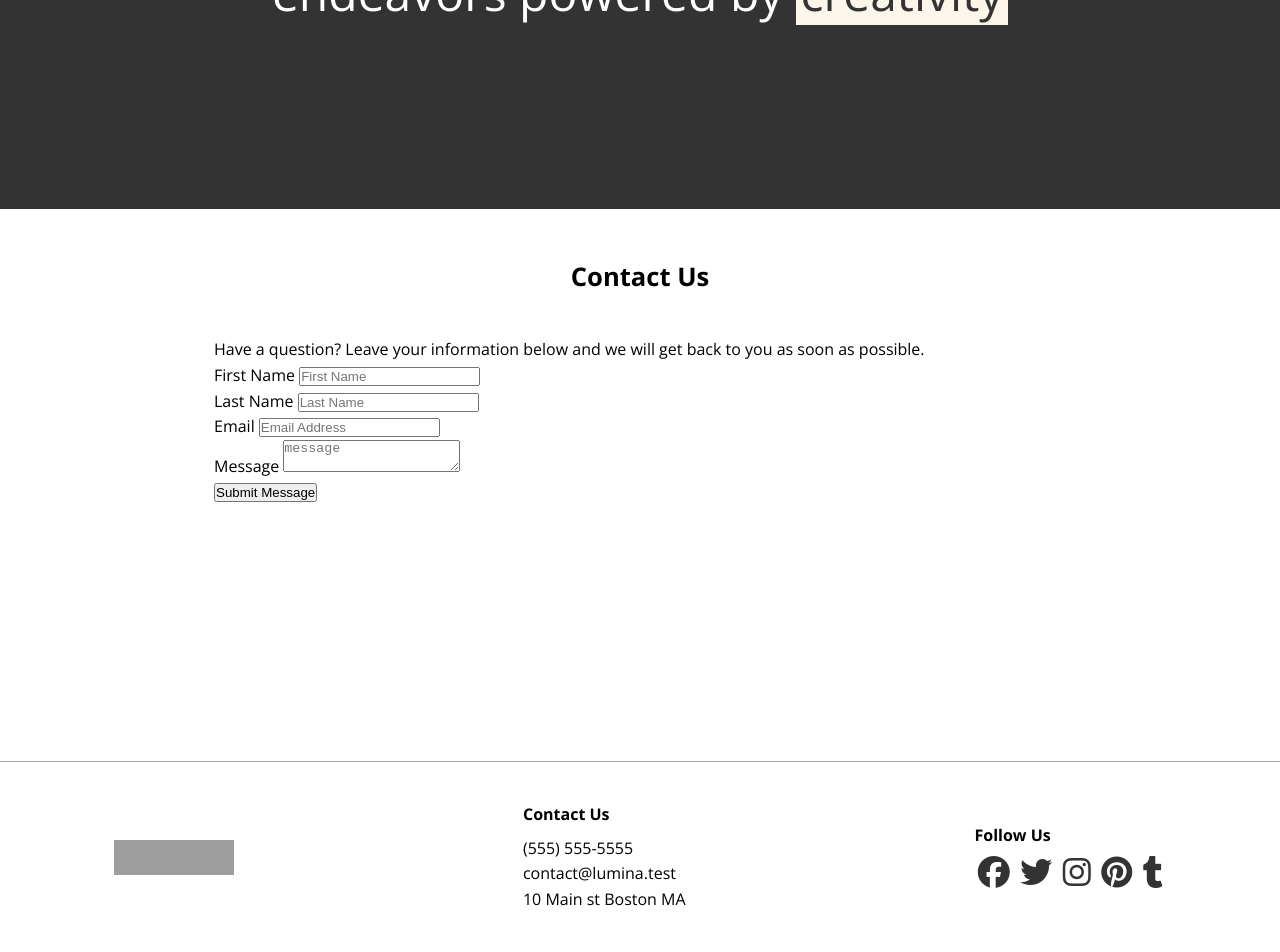
Repository: AchrafAzzaoui/lumina-creative-html-css-project
Page: lumina-creative/contact.html
These files come from the project's save history. The page is drawn as it stood at one moment and after a run of saves; the edit follows.
The browser window is 1280 px wide. The pictures show the part of the page from y = 437 to 1389 px (the page is 1389 px tall before and 1229 px after).
Pictures or frames that could not be fetched are drawn as grey boxes. A picture or video elsewhere on the page could not be fetched, so the positions and the page height are approximate. Some web libraries are served in a nearby version.

Above is the page before, as saved 2024-08-22 22:21:27.

After the next 3 saves:
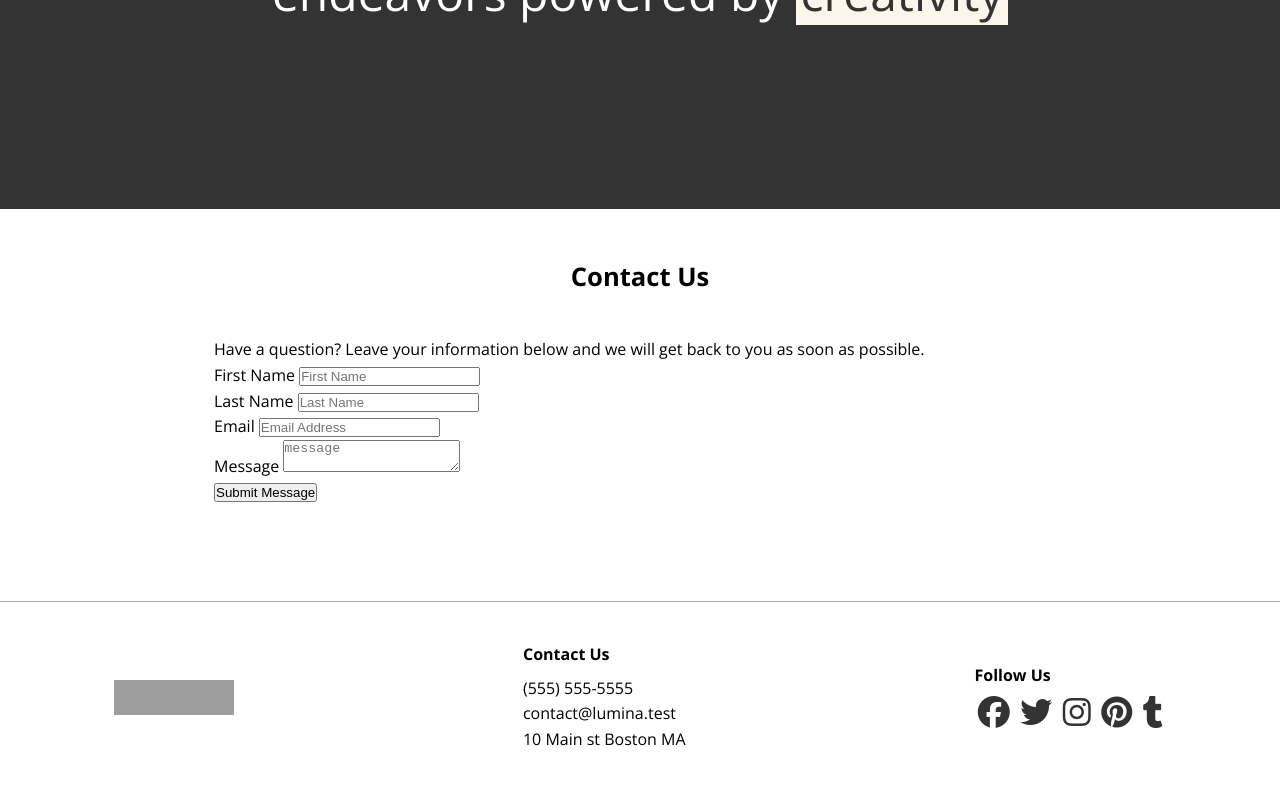
The 3 saves are shown as one change because they came seconds apart.
The last was saved 11 s later.
--- a/lumina-creative/css/styles.css
+++ b/lumina-creative/css/styles.css
@@ -182,7 +182,7 @@ img {
 
 /* Contact */
 .contact {
-  padding: 3rem 0 14rem;
+  padding: 3rem 0px 4rem;
 }
 
 /* Media Queries */
